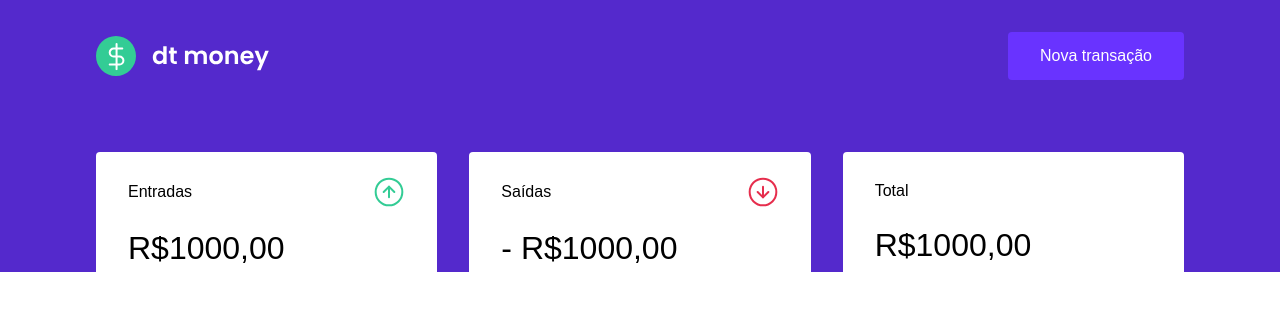
Repository: joaovnogueira/dtmoney
Page: /
The author's editor kept a copy of each file at every save. The page is drawn from the files as they stood at one save, then again after the next save.
The browser window is 1280 px wide. The pictures show the whole page.
The project was rebuilt for these pictures with package versions that can differ from the ones it lists, and the page was loaded fresh each time.

Above is the page before, as saved 2022-06-21 14:38:52.

### src/index.tsx
import React from 'react';
import ReactDOM from 'react-dom/client';
import { App }  from './App';

const root = ReactDOM.createRoot(
  document.getElementById('root') as HTMLElement
);
root.render(
  <React.StrictMode>
    <App />
  </React.StrictMode>
);

### src/App.tsx
import { GlobalStyle } from "./assets/styles/global";
import { Dashboard } from "./components/dashboard";
import { Header } from "./components/header";

export function App() {
  return (
      <>
        <Header/>
        <Dashboard/>

        <GlobalStyle/>
      </>

  );
}

### src/assets/styles/global.ts
import { createGlobalStyle } from "styled-components";

export const GlobalStyle = createGlobalStyle`
    :root {
        --red: #E62E4D;
        --blue: #5429CC;
        --blue-light: #6933FF;
        -green: #33CC95;

        --text-title: #363F5F;
        --text-body: #969CB3;
        --shape: #FFFFFF;
        --background: #F0F2F5;
    }
    *{
        margin: 0;
        padding: 0;
        box-sizing: border-box;
    }

    html {
        @media (max-width: 1080px) {
            font-size: 93.75%; // 15px
        }
        @media (max-width: 720px) {
            font-size: 87.5%; // 14px
        }
    }

    //REM = 1rem = 16px (tamanho da fonte)

    body{
        background: var (--background);
        -webkit-font-smoothing: antialiased;
    }

    body, input, textarea, button {
        font-family: 'Poppins', sans-serif;
        font-weight: 400;
    }

    h1, h2, h3, h4, h5, h6, strong {
        font-weight: 600;
    }
    button {
        cursor: pointer;
    }
    [disabled] {
        opacity: 0.6;
        cursor: not-allowed;
    }

`

### src/components/dashboard/index.tsx
import { Summary } from "../summary";
import { Container } from "./styles";

export function Dashboard (){
    return (
        <Container>
            <Summary />
        </Container>
    );
}

### src/components/header/index.tsx
import logoImg from '../../assets/logo.svg'
import { Container, Content } from './styles'

export function Header (){
    return(
        <Container>
            <Content>
                <img src={logoImg} alt="dtmoney" />
                <button type="button">
                    Nova transação
                </button>
            </Content>
        </Container>
    );
}

### src/components/summary/index.tsx
import { Container } from "./styles";
import incomeImg from '../../assets/income.svg';
import outcomeImg from '../../assets/outcome.svg';
import totalImg from '../../assets/total.svg'

export function Summary(){
    return(
        <Container>
            <div>
                <header>
                    <p>Entradas</p>
                    <img src={incomeImg} alt="Entradas" />
                </header>
                <strong>R$1000,00</strong>
            </div>
            <div>
                <header>
                    <p>Saídas</p>
                    <img src={outcomeImg} alt="Saídas" />
                </header>
                <strong>- R$1000,00</strong>
            </div>
            <div>
                <header>
                    <p>Total</p>
                    <img src={totalImg} alt="Total" />
                </header>
                <strong>R$1000,00</strong>
            </div>
        </Container>
    );
}

### src/components/dashboard/styles.ts
import styled from 'styled-components'

export const Container = styled.main`
    max-width: 1120px;
    margin: 0 auto;
    padding: 2.5rem 1rem;
`;

### src/components/header/styles.ts
import styled from 'styled-components'

export const Container = styled.header`
    background: var(--blue);
`

export const Content = styled.div`
    max-width: 1120px;
    margin: 0 auto;
    padding: 2rem 1rem 12rem;
    display: flex;
    align-items: center;
    justify-content: space-between;

    button {
        font-size: 1rem;
        color: #FFF;
        background: var(--blue-light);
        border: 0;
        padding: 0 2rem;
        border-radius: 0.25rem;
        height: 3rem;

        transition: filter 0.2s;

        &:hover{
            filter: brightness(0.9);
        }
    }
`

### src/components/summary/styles.ts
import styled from 'styled-components'

export const Container = styled.div`
    display: grid;
    grid-template-columns: repeat(3,1fr);
    gap: 2rem;
    margin-top: -10rem;

    div {
        background: var(--shape);
        padding: 1.5rem 2rem;
        border-radius: 0.25rem;
        color: var(--text-tile);

        header{
            display: flex;
            align-items: center;
            justify-content: space-between;
        }

        strong {
            display: block;
            margin-top: 1rem;
            font-size: 2rem;
            font-weight: 500;
            line-height: 3rem;
        }

    }
`;

After the next save:
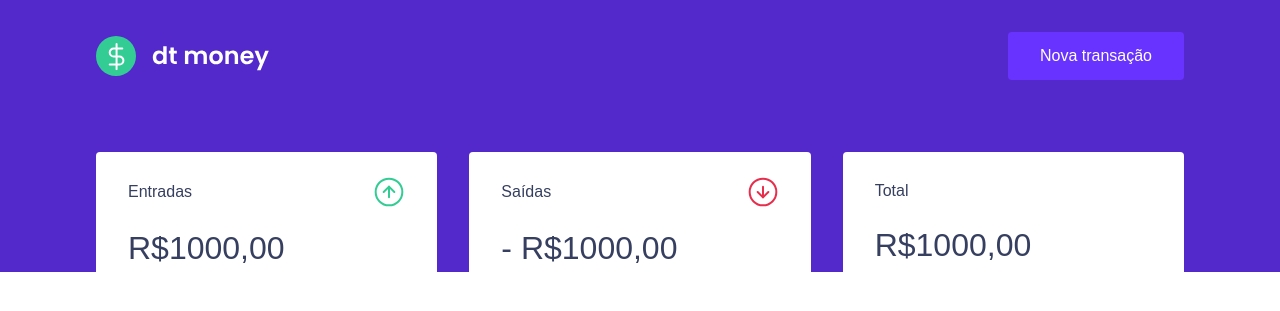
Saved 48 s later.
--- a/src/components/summary/styles.ts
+++ b/src/components/summary/styles.ts
@@ -10,7 +10,7 @@ export const Container = styled.div`
         background: var(--shape);
         padding: 1.5rem 2rem;
         border-radius: 0.25rem;
-        color: var(--text-tile);
+        color: var(--text-title);
 
         header{
             display: flex;
